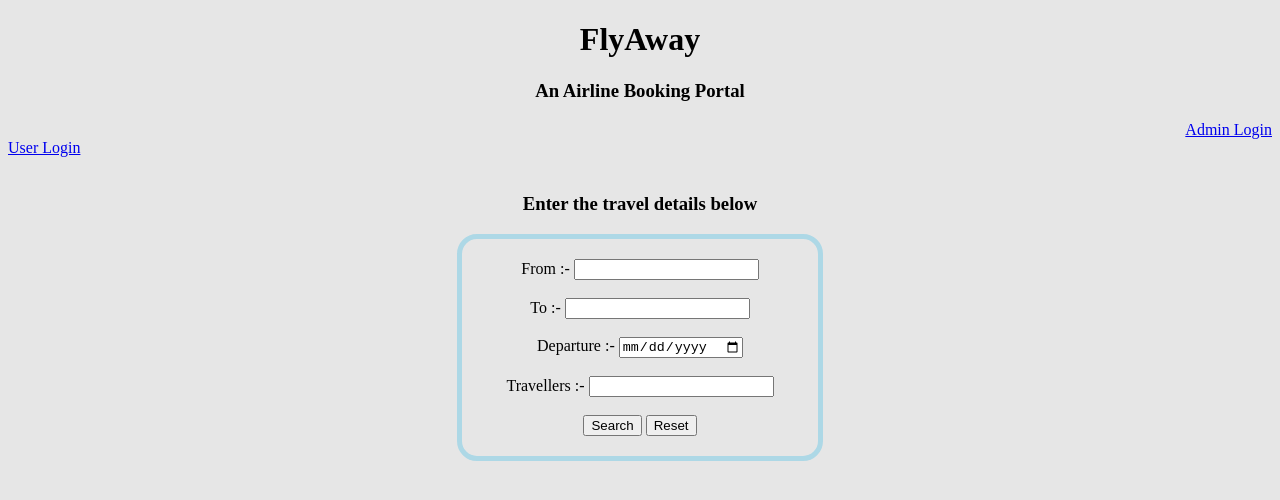
Repository: badrilogaram/Phase-two-project
Page: http://localhost/FlyAway-master/HomePage.jsp
These files come from the project's save history. The page is drawn as it stood at one moment and after the next save; the edit follows.
The browser window is 1280 px wide. The pictures show the whole page.
The page is served by Tomcat 9. Other server files are loaded and not shown.

Above is the page before, as saved 2021-05-27 23:00:07.

### FlyAway-master/src/main/webapp/HomePage.jsp
<%@ page language="java" contentType="text/html; charset=ISO-8859-1"
    pageEncoding="ISO-8859-1"%>
<%@ page import="java.util.*" %>
<!DOCTYPE html>
<html>
<head>
<meta charset="ISO-8859-1">
<title>FlyAway</title>
</head>
<body style="background-color:rgb(230,230,230)">
<h1><center>FlyAway</center></h1>
<h3><center>An Airline Booking Portal</center></h3>

<div align="right">
<a href="AdminPage.jsp">Admin Login</a>
</div>

<%
	@SuppressWarnings("unchecked")
	HashMap<String,String> user=(HashMap<String,String>)session.getAttribute("user");
	if(user!=null){
%>
<p>Welcome <%=user.get("name") %></p>
<a href="Logout">Logout</a>
<%
	}else{
%>
<a href=UserPage.jsp>User Login</a>
<%
	}
%>
<br><br>
<center>
<h3>Enter the travel details below</h3>
<div style="border:5px solid lightblue;width:25%;border-radius:20px;padding:20px" align = "center">
<form action=FlightList method=post>
	<label for=from>From :-</label> <input type=text name=from id=from/><br><br>
	<label for=to>To :-</label> <input type=text name=to id=to/><br><br>
	<label for=departure>Departure :-</label> <input type=date name=departure id=departure/><br><br>
	<label for=travellers>Travellers :-</label> <input type=number name=travellers id=travellers/><br><br>
	<input type=submit value=Search /> <input type=reset />
</form>
</center>
</div>
</body>
</html>

After the next save:
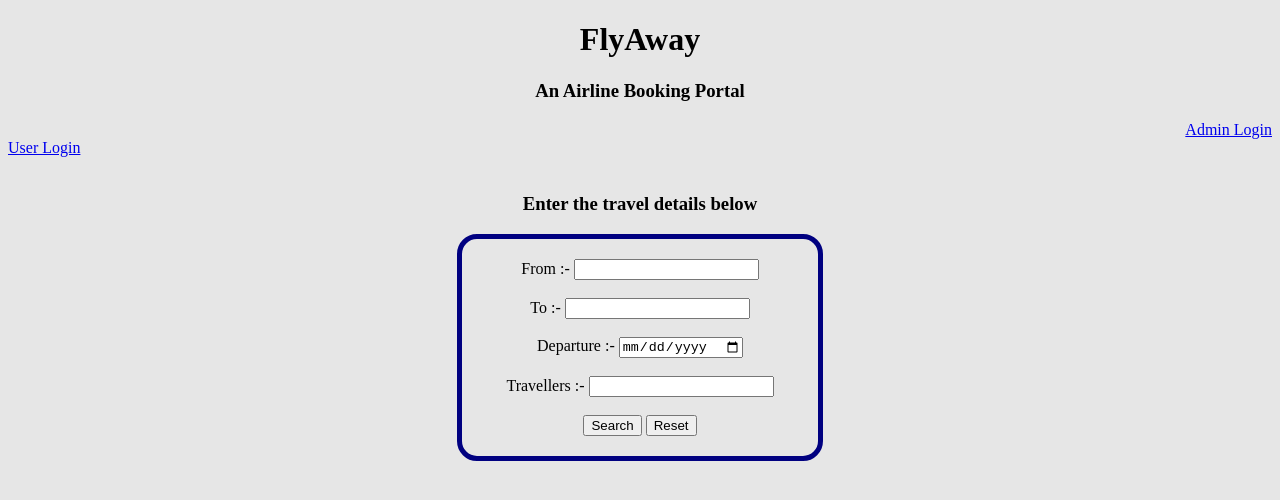
Saved 42 s later.
--- a/FlyAway-master/src/main/webapp/HomePage.jsp
+++ b/FlyAway-master/src/main/webapp/HomePage.jsp
@@ -32,7 +32,7 @@
 <br><br>
 <center>
 <h3>Enter the travel details below</h3>
-<div style="border:5px solid lightblue;width:25%;border-radius:20px;padding:20px" align = "center">
+<div style="border:5px solid Navy;width:25%;border-radius:20px;padding:20px" align = "center">
 <form action=FlightList method=post>
 	<label for=from>From :-</label> <input type=text name=from id=from/><br><br>
 	<label for=to>To :-</label> <input type=text name=to id=to/><br><br>
